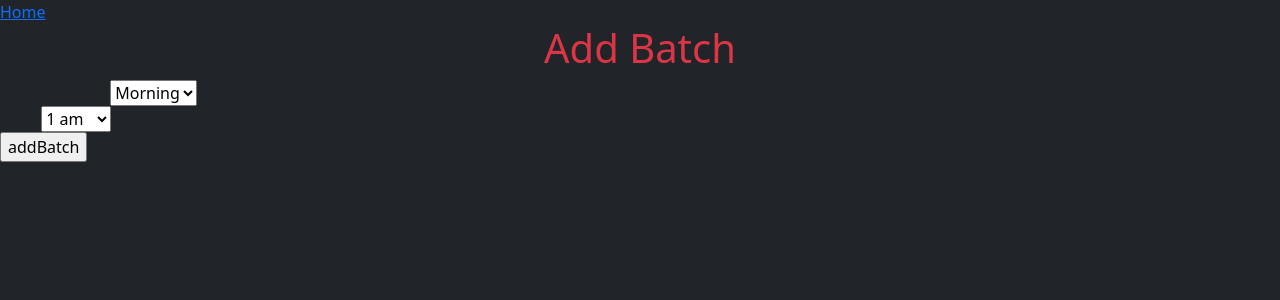
Repository: Jannis-Buschhaus/simplilearn-assessment-phase2
Page: http://localhost/FunfitWebapp/addBatch.jsp
These files come from the project's save history. The page is drawn as it stood at one moment and after the next save; the edit follows.
The browser window is 1280 px wide. The pictures show the whole page.
The page is served by Tomcat 9.

Above is the page before, as saved 2024-05-30 14:25:31.

After the next save:
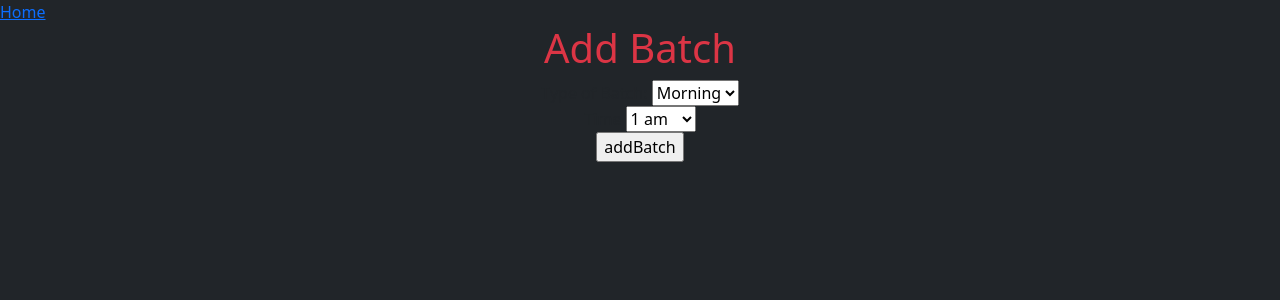
Saved 57 s later.
--- a/FunfitWebapp/src/main/webapp/addBatch.jsp
+++ b/FunfitWebapp/src/main/webapp/addBatch.jsp
@@ -10,22 +10,24 @@
 <body class="bg-dark">
 	<a href="index.jsp">Home</a>
 	<h1 class="text-danger text-center">Add Batch</h1>
-	<form action="BatchController" method="post">
-	<label for="typeOfBatch">Type of Batch: </label>
-	<select name="typeOfBatch">
-		<option value="morning">Morning</option>
-		<option value="evening">Evening</option>
-	</select><br/>
-	<label for="time">Time</label>
-	<select name="time">
-		<% for(int i=1; i<=12; i++){ %>
-			<option value="<%=i%>am"><%=i%> am</option>
-		<% }%>
-		<% for(int i=1; i<=12; i++){ %>
-			<option value="<%=i%>pm"><%=i%> pm</option>
-		<% }%>
-	</select><br />
-	<input type="submit" value="addBatch" />
-	</form>
+	<div class="text-center">
+		<form action="BatchController" method="post">
+		<label for="typeOfBatch">Type of Batch: </label>
+		<select name="typeOfBatch">
+			<option value="morning">Morning</option>
+			<option value="evening">Evening</option>
+		</select><br/>
+		<label for="time">Time</label>
+		<select name="time">
+			<% for(int i=1; i<=12; i++){ %>
+				<option value="<%=i%>am"><%=i%> am</option>
+			<% }%>
+			<% for(int i=1; i<=12; i++){ %>
+				<option value="<%=i%>pm"><%=i%> pm</option>
+			<% }%>
+		</select><br />
+		<input type="submit" value="addBatch" />
+		</form>
+	</div>
 </body>
 </html>
